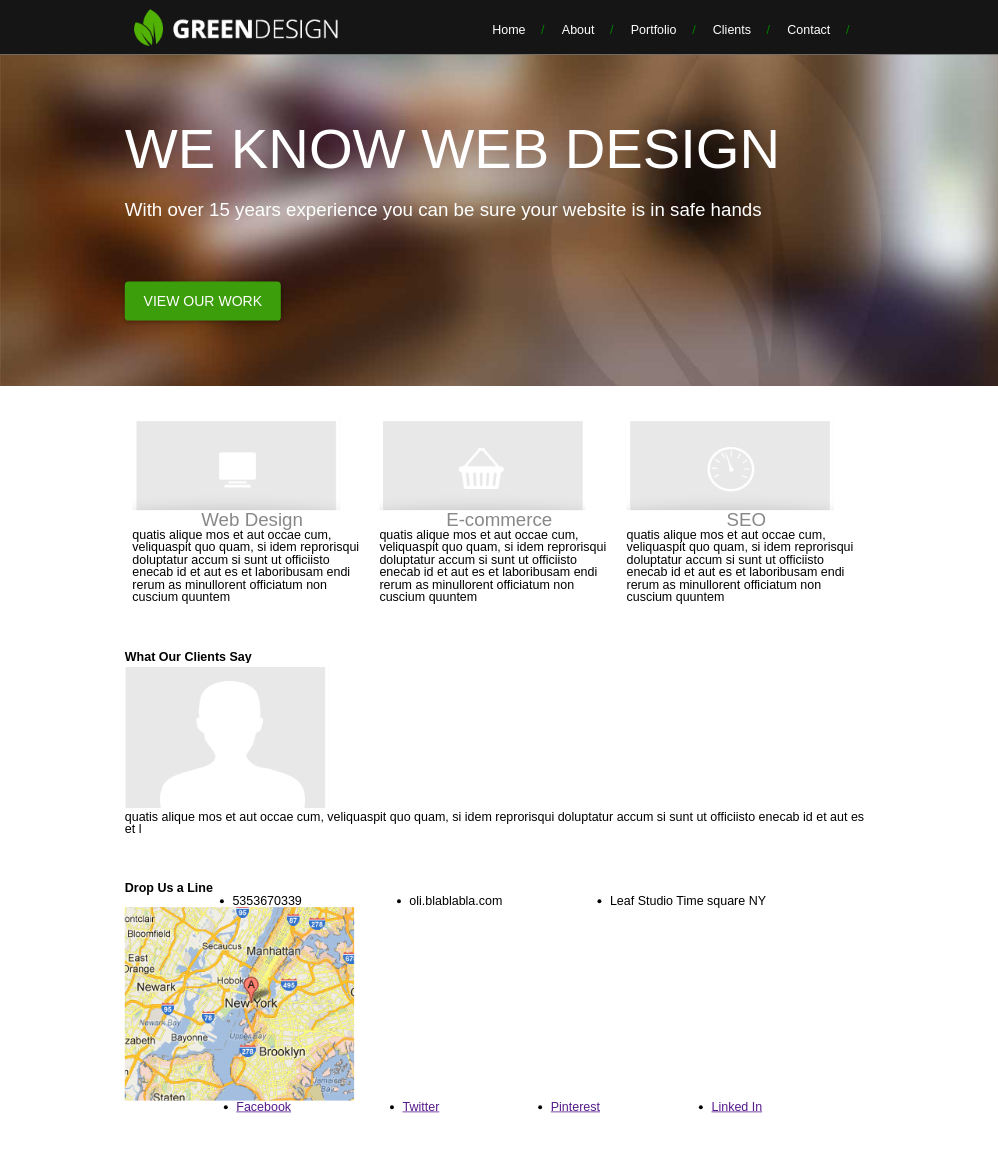
Repository: Piterwk1/psd-to-html
Page: website/index.html
These files come from the project's save history. The page is drawn as it stood at one moment and after the next save; the edit follows.
The browser window is 1280 px wide. The pictures show the whole page, at 78% of full size.

Above is the page before, as saved 2021-09-14 21:11:53.

After the next save:
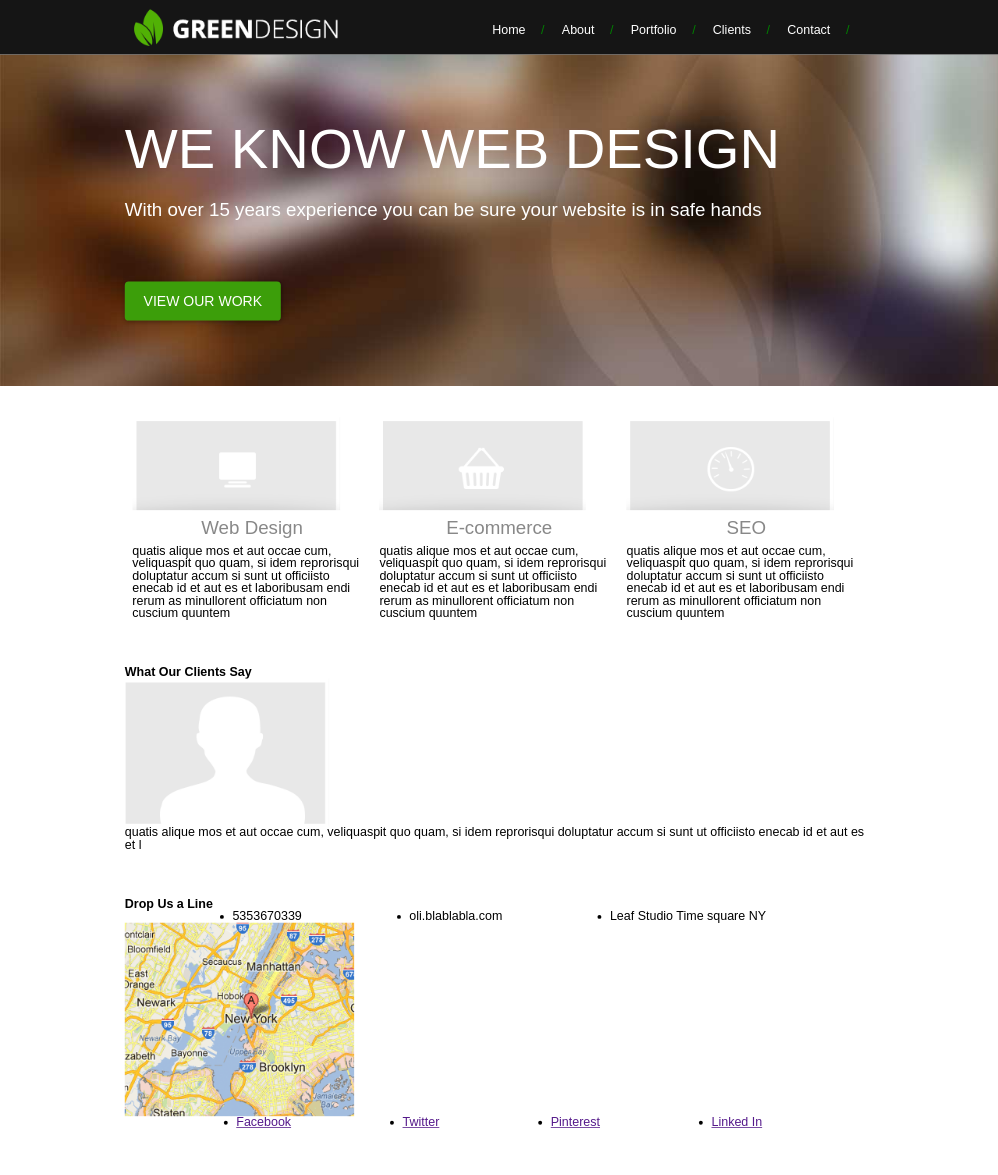
Saved 28 s later.
--- a/website/style.css
+++ b/website/style.css
@@ -305,4 +305,5 @@ section ul {
     color:  #888;
     font-size: 24px;
     font-weight: normal;
-}
+    margin: 10px 10px 10px;
+}
